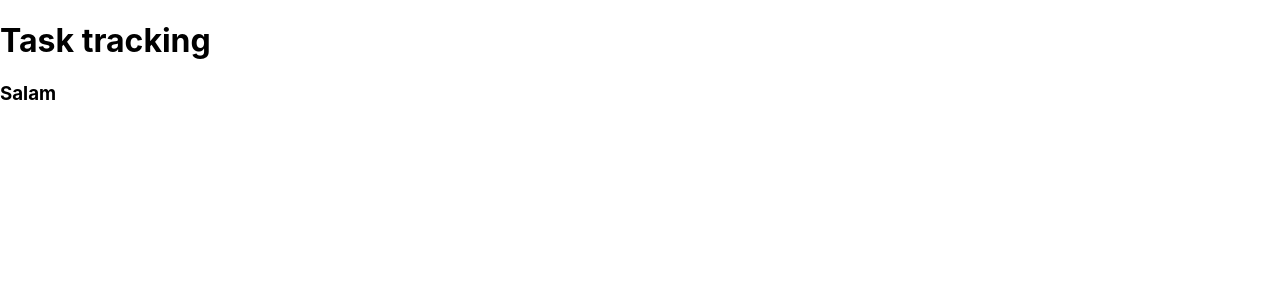
Repository: feyroozecode/task_tracker
Page: /
An editor plug-in stored every save of this project. The page is shown before and after a run of saves, followed by the edit.
The browser window is 1280 px wide. The pictures show the whole page.
The project was rebuilt for these pictures with package versions that can differ from the ones it lists, and the page was loaded fresh each time. Also part of the build but not shown: src/App.css.

Above is the page before, as saved 2023-10-19 12:17:27.

### public/index.html
<!DOCTYPE html>
<html lang="en">
  <head>
    <meta charset="utf-8" />
    <link rel="icon" href="%PUBLIC_URL%/favicon.ico" />
    <meta name="viewport" content="width=device-width, initial-scale=1" />
    <meta name="theme-color" content="#000000" />
    <meta
      name="description"
      content="Web site created using create-react-app"
    />
    <link rel="apple-touch-icon" href="%PUBLIC_URL%/logo192.png" />

    <link rel="manifest" href="%PUBLIC_URL%/manifest.json" />

    <title>React App</title>
  </head>
  <body>
    <noscript>You need to enable JavaScript to run this app.</noscript>

    <div id="root"></div>

  </body>
</html>

### src/App.js
import './App.css';

function App() {


  return (
    <div className="container">
      <h1>Task tracking </h1>
      <h3>Salam {} </h3>
    </div>
  );
}

export default App;

Loaded but not shown: src/index.js (common file); src/index.css (common file); src/reportWebVitals.js (common file)

After the next 2 saves:
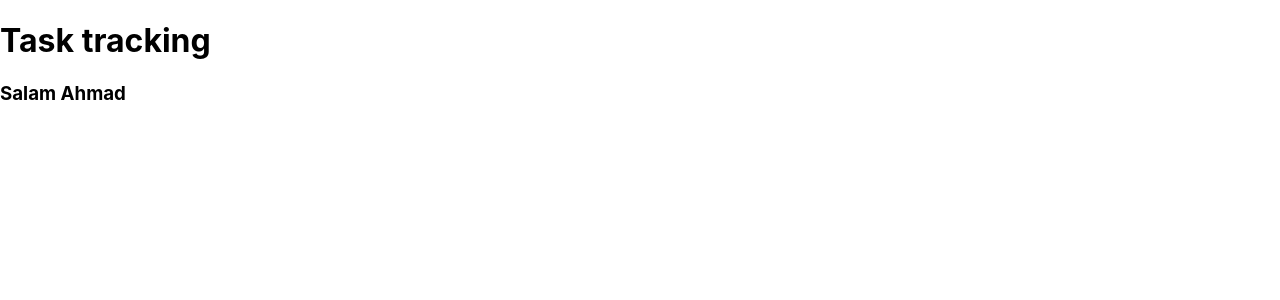
The 2 saves are shown as one change because they came seconds apart.
The last was saved 32 s later.
--- a/src/App.js
+++ b/src/App.js
@@ -1,12 +1,12 @@
 import './App.css';
 
 function App() {
-
+  const userName = 'Ahmad'
 
   return (
     <div className="container">
       <h1>Task tracking </h1>
-      <h3>Salam {} </h3>
+      <h3>Salam {userName} </h3>
     </div>
   );
 }
